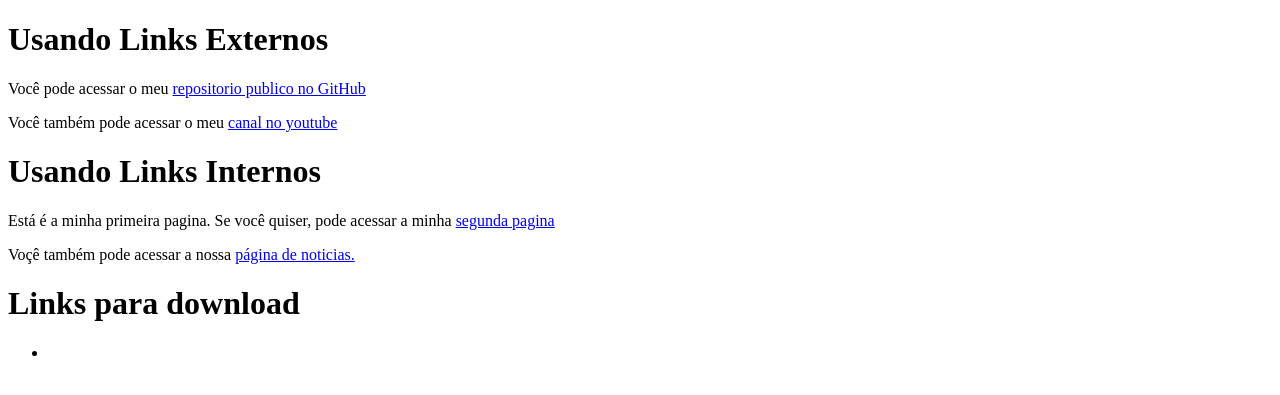
Repository: Guillermomarcon/exercicios
Page: ex0010/index.html
These files come from the project's save history. The page is drawn as it stood at one moment and after a run of saves; the edit follows.
The browser window is 1280 px wide. The pictures show the whole page.

Above is the page before, as saved 2020-12-14 00:26:21.

After the next 5 saves:
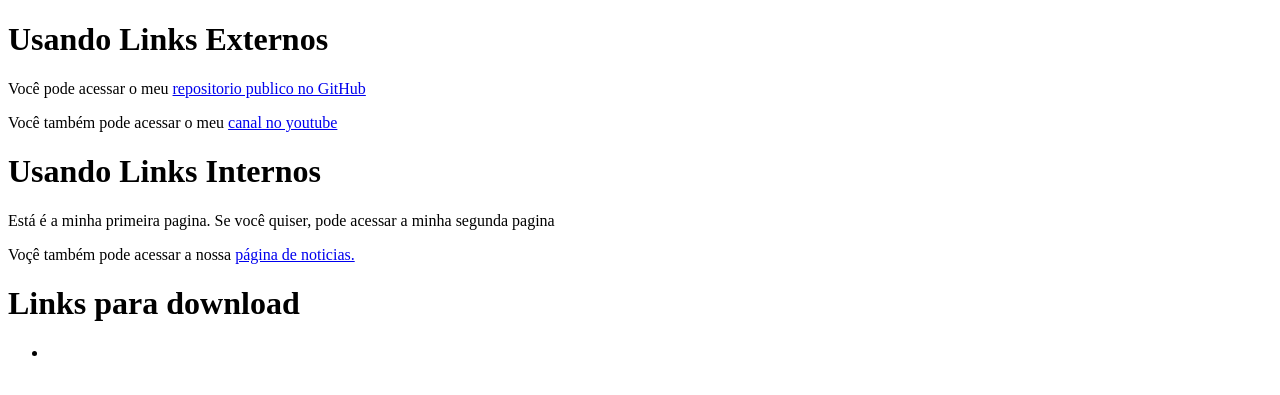
The 5 saves are shown as one change because they came seconds apart.
The last was saved 15 s later.
--- a/ex0010/index.html
+++ b/ex0010/index.html
@@ -10,11 +10,11 @@
     <p>Você pode acessar o meu <a href="https://gustavoguanabara.github.io/" target="_blank" rel="external">repositorio publico no GitHub</a></p>
     <p>Você também pode acessar o meu <a href="https://www.youtube.com/cursoemvideo" target="_blank" rel="external">canal no youtube</a></p>
     <h1>Usando Links Internos</h1>
-    <p>Está é a minha primeira pagina. Se você quiser, pode acessar a minha <a href="index2.html" target="_blank" rel="external">segunda pagina</a> </p>
+    <p>Está é a minha primeira pagina. Se você quiser, pode acessar a minha <a hrefv="index2.html" target="_blank" rel="external">segunda pagina</a> </p>
     <p>Voçê também pode acessar a nossa <a href="index3.html">página de noticias.</a></p>
     <h1>Links para download</h1>
     <ul>
-        <li> <a href="arquivos/meulivro.pdf" download=""></a></li>
+        <li> <a href="arquivos/meulivro.pdf" download="meuli"></a></li>
     </ul>
 
 </body>

After the save that followed:
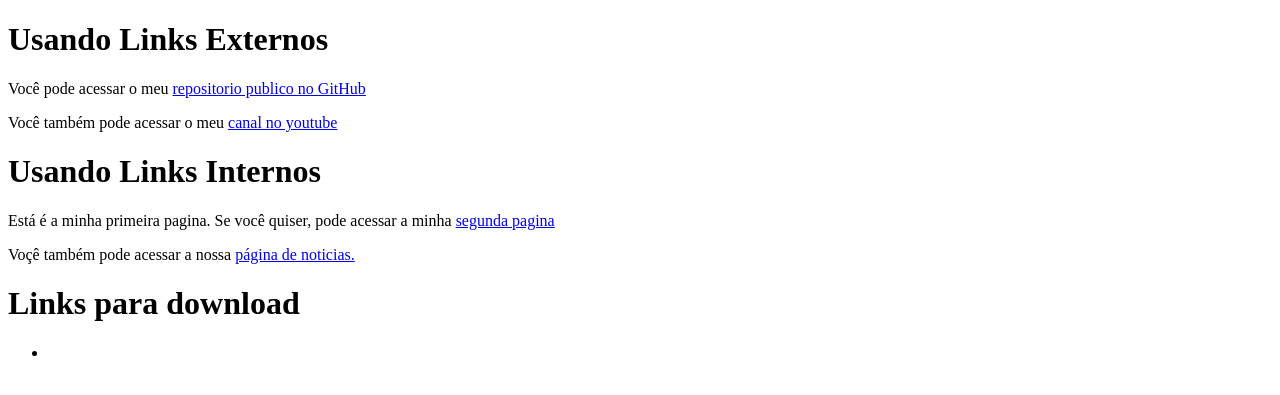
Saved 34 s later.
--- a/ex0010/index.html
+++ b/ex0010/index.html
@@ -10,7 +10,7 @@
     <p>Você pode acessar o meu <a href="https://gustavoguanabara.github.io/" target="_blank" rel="external">repositorio publico no GitHub</a></p>
     <p>Você também pode acessar o meu <a href="https://www.youtube.com/cursoemvideo" target="_blank" rel="external">canal no youtube</a></p>
     <h1>Usando Links Internos</h1>
-    <p>Está é a minha primeira pagina. Se você quiser, pode acessar a minha <a hrefv="index2.html" target="_blank" rel="external">segunda pagina</a> </p>
+    <p>Está é a minha primeira pagina. Se você quiser, pode acessar a minha <a href="index2.html" target="_blank" rel="external">segunda pagina</a> </p>
     <p>Voçê também pode acessar a nossa <a href="index3.html">página de noticias.</a></p>
     <h1>Links para download</h1>
     <ul>
